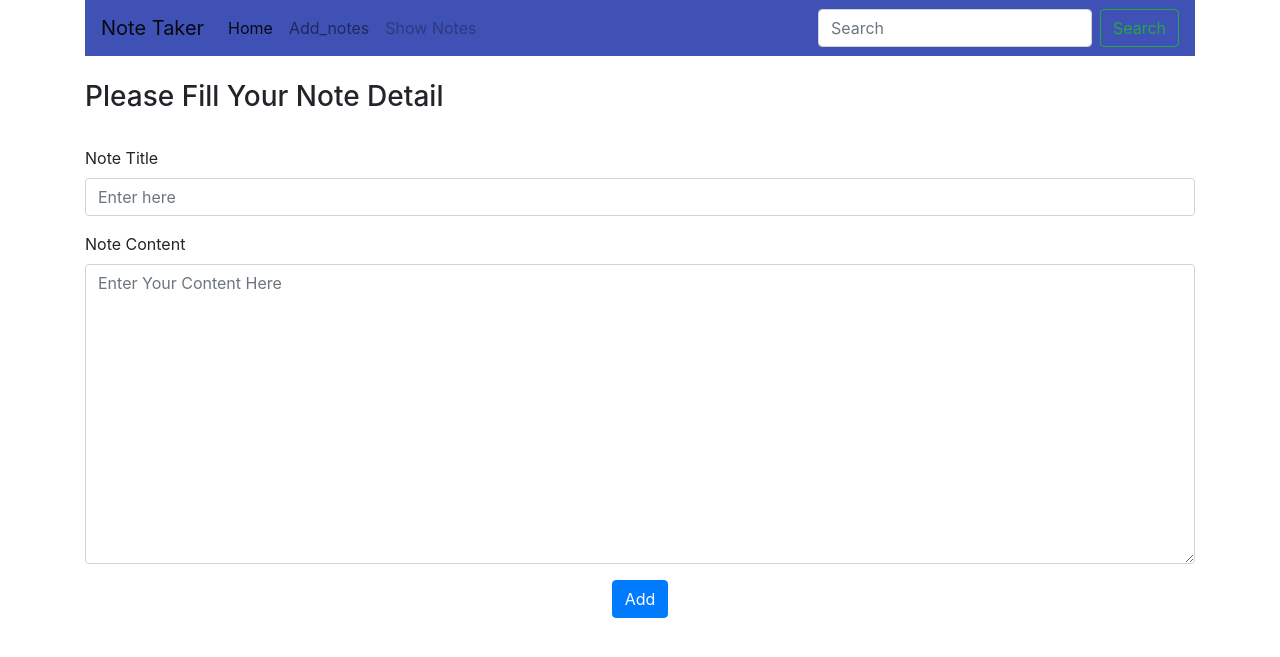
Repository: PratibhaMastud/index.jsp
Page: http://localhost/JavaWebApp/add_notes.jsp
These files come from the project's save history. The page is drawn as it stood at one moment and after the next save; the edit follows.
The browser window is 1280 px wide. The pictures show the whole page.
Some web libraries are served in a nearby version. The page is served by Tomcat 9.

Above is the page before, as saved 2020-06-29 06:31:56.

After the next save:
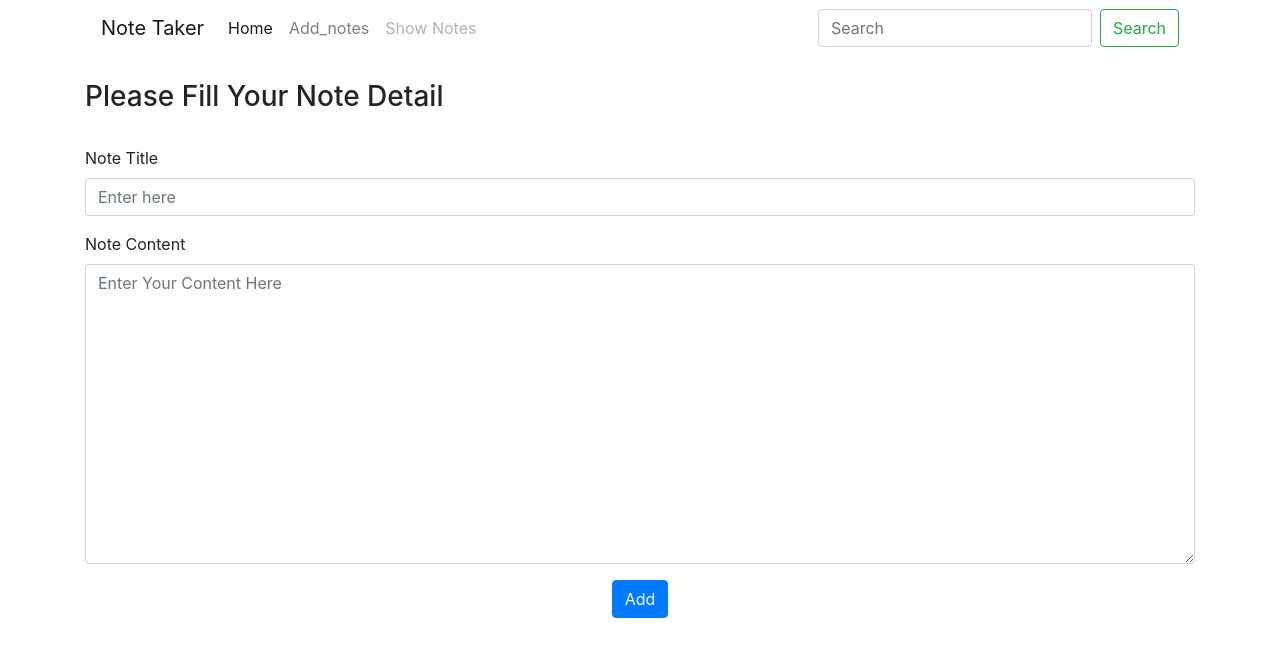
Saved 6 s later.
--- a/JavaWebApp/src/main/webapp/allcssbootstrapjsFile.jsp
+++ b/JavaWebApp/src/main/webapp/allcssbootstrapjsFile.jsp
@@ -1,9 +1,11 @@
-  <!-- Bootstrap CSS -->
-    <link rel="stylesheet" href="https://maxcdn.bootstrapcdn.com/bootstrap/4.0.0/css/bootstrap.min.css"
-     integrity="sha384-Gn5384xqQ1aoWXA+058RXPxPg6fy4IWvTNh0E263XmFcJlSAwiGgFAW/dAiS6JXm" crossorigin="anonymous">
-	<link href="css/style.css" rel="stylesheet" />
+  <!-- Required meta tags -->
 
-  <!-- Optional JavaScript -->
+    <!-- Bootstrap CSS -->
+    <link rel="stylesheet" href="https://maxcdn.bootstrapcdn.com/bootstrap/4.0.0/css/bootstrap.min.css" integrity="sha384-Gn5384xqQ1aoWXA+058RXPxPg6fy4IWvTNh0E263XmFcJlSAwiGgFAW/dAiS6JXm" crossorigin="anonymous">
+	<link href="css/style.css" />
+    <title>Hello, world!</title>
+
+   <!-- Optional JavaScript -->
     <!-- jQuery first, then Popper.js, then Bootstrap JS -->
     <script src="https://code.jquery.com/jquery-3.2.1.slim.min.js" integrity="sha384-KJ3o2DKtIkvYIK3UENzmM7KCkRr/rE9/Qpg6aAZGJwFDMVNA/GpGFF93hXpG5KkN" crossorigin="anonymous"></script>
     <script src="https://cdnjs.cloudflare.com/ajax/libs/popper.js/1.12.9/umd/popper.min.js" integrity="sha384-ApNbgh9B+Y1QKtv3Rn7W3mgPxhU9K/ScQsAP7hUibX39j7fakFPskvXusvfa0b4Q" crossorigin="anonymous"></script>
